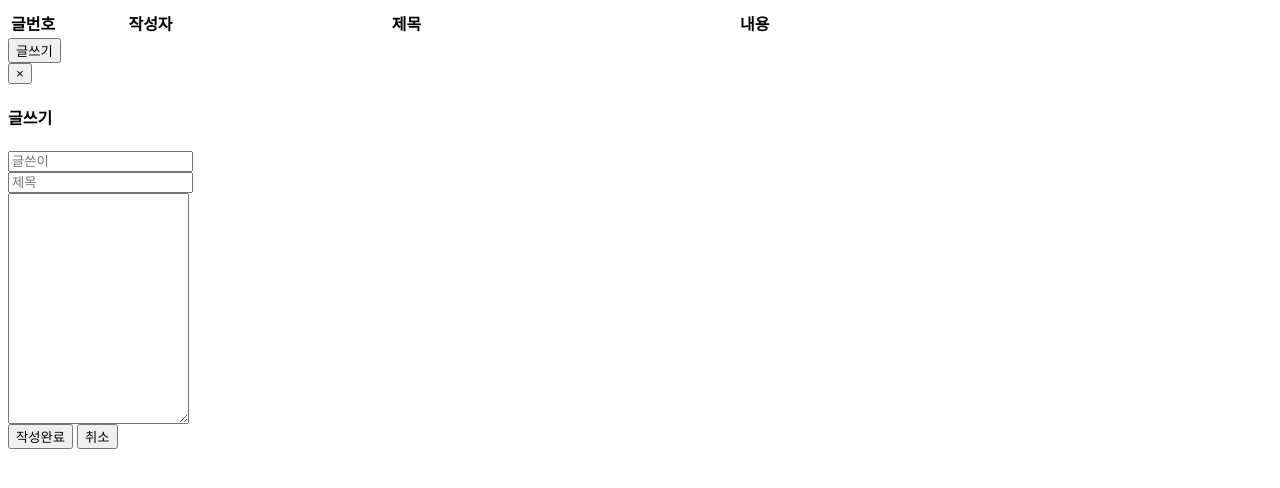
Repository: jjjikolpp/Developer
Page: http://localhost/myProject/include_normal_board.jsp
These files come from the project's save history. The page is drawn as it stood at one moment and after a run of saves; the edit follows.
The browser window is 1280 px wide. The pictures show the whole page.
The page is served by Tomcat 9. Nobody is signed in. The application's start-up code is not run. Other server files are loaded and not shown.

Above is the page before, as saved 2017-04-13 08:43:47.
Console error: ReferenceError: $ is not defined

### myProject/src/main/webapp/include_normal_board.jsp
<%@ page language="java" contentType="text/html; charset=UTF-8"
	pageEncoding="UTF-8"%>
<!DOCTYPE html PUBLIC "-//W3C//DTD HTML 4.01 Transitional//EN" "http://www.w3.org/TR/html4/loose.dtd">
<html>
<head>
<meta http-equiv="Content-Type" content="text/html; charset=UTF-8">
<title>Insert title here</title>
</head>
<script type="text/javascript">
	var title;
	var writer;
	var context;
	var nno;
	var pageNo = 1;
	var pageNum = 0;
	var state;
	//$(document).ready(normalViewAll());
	$(document).ready(count(1));

	function count(pageNo){

		console.log(pageNo);
		$.ajax({

			type : "get",
			url : "normal_count",
			dataType : "json",
			data : {pageNo : pageNo},
			success : function(data) {
				pageNum = data.count;
				console.log("count : " + data.count);
			},
			error : function(error) {
				console.log("normal_count err");
			}
		});
		setTimeout( () => {
		normalViewAll(pageNo);

		}, 10);
	}

	function normalViewAll(pageNo) {
		$("#jsonId").empty();


		$.ajax({

			type : "get",
			url : "normal",
			dataType : "json",
			data : {pageNo : pageNo},
			success : function(jsonData) {
				//console.log("data loding success");
				var str = "";
				var list = jsonData.datas;
				//console.log(list.length);
				//$("#jsonId").empty();
				$(list).each(
						function(index, objArr) {
							var splitid = this.n_context.substring(0,3);
							//console.log(splitid);

							str += '<tr>';
							str += '<td>' + this.n_no + '</td>';
							str += '<td>' + this.n_writer + '</td>';
							str += '<td>' + this.n_title + '</td>';
							str += '<td>' + '<a href="#" onclick="selectShow('
									+ this.n_no + ')">' + splitid
									+ '<a>' + '</td>';
							str += '</tr>';
						});
				$("#jsonId").append(str) // 게시물
				// paging
				str = "";
				for (var a = 1; a <= pageNum; a++) {
					if (a  == pageNo) {

						str += a + "&nbsp";
					}else{
						str += '<a href="#" onclick="count('+ a + ')">' + a + '</a>' + '&nbsp';
					}
				}

				// 중
				$("#jsonId").append(str);

			},
			error : function() {
				console.log("normal_board_error");
			}

		});
	}

	function insertOk() { //작업중  //
		writer = $("#insertWriter").val();
		title = $("#insertTitle").val();
		context = $("#insertText").val();
		var formData = [ writer, title, context ];

		//
		console.log('insert 동작중');

		$.ajax({
			url : 'insertOk',
			dataType : 'json',
			type : 'POST',
			data : {
				writer : writer,
				title : title,
				context : context
			},
			success : function(stateData) {
				console.log(stateData);
				$("#jsonId").empty();
				normalViewAll("1");
			},
			error : function(error) {
				console.log(error);
			},
		});
		console.log('insert 동작 완료');

	}

	function selectShow(n_no) {
		$
				.ajax({
					url : 'selectNormal',
					dataType : 'json',
					type : 'GET',
					data : {
						n_no : n_no
					},
					success : function(jsonData) {
						nno = n_no;

						title = jsonData.n_title;
						writer = jsonData.n_writer;
						context = jsonData.n_context;
						var y = [ n_no, title, writer, context ];

						var str = "";
						str += '<button type="button" class="close" data-dismiss="modal">&times;</button>';

						str += '<div class="col-sm-9">';
						str += '<h4 class="modal-title">' + n_no + '번글</h4>'; // 1번호 작업
						str += '</div>';
						str += '<div class="col-sm-9" id="insertWriter">';
						str += '글쓴이 : ' + jsonData.n_writer;
						str += '</div></div>';

						str += '<div class="col-sm-9" id="insertTitle">';
						str += '제목 : ' + jsonData.n_title;
						str += '</div>';

						$("#modalTitle").html(str);

						str = "";
						str += '<div id="updateContext">'+jsonData.n_context+'</div>';

						$("#modalBody").html(str);

						str = "";

						str += '<button type="button" onclick="updateGo('
								+ n_no + ')"';
						str += 'class="btn btn-default">수정하러 가기</button>';
						str += '<button type="button" onclick="deleteGo('
								+ n_no + ')"';
						str += 'class="btn btn-default" data-dismiss="modal">글삭제</button>';

						str += '<button type="button" class="btn btn-default" data-dismiss="modal">취소</button>';

						$("#modalFooter").html(str);

						//modal을 띄워준다.

						$("#myModal").modal('show');

					},
					error : function(error) {
						console.log(error);
					},
				});

	}

	function updateGo(n_no) {
		state = 2;
		str = "";

		str += '<button type="button" class="close" data-dismiss="modal">&times;</button>';
		str += '<h4 class="modal-title">' + n_no + '번글 수정하기</h4>';
		str += '<div class="col-sm-3">';
		str += '<input class="form-control" id="insertWriter" name="name" type="text" placeholder="'+writer+'" value="'+writer+'" >';
		str += '</div>';
		str += '<div class="col-sm-9"><input type="text" class="form-control" id="insertTitle" placeholder="'+title+'" value="'+title+'"></div>';

		$("#modalTitle").html(str);

		str = "";

		str += '<textarea class="form-control" rows="15" id="insertText">'
				+ context + '</textarea>';

		$("#modalBody").html(str);

		str = '<button type="button" onclick="insertCheck('+state+');" class="btn btn-default" data-dismiss="modal">수정하기</button> <button type="button" class="btn btn-default" data-dismiss="modal">취소</button>';

		$("#modalFooter").html(str);
	}

	function updateOk() {
		title = $("#insertTitle").val();
		writer = $("#insertWriter").val();
		context = $("#insertText").val();
		console.log("title : " + title + ", writer : " + writer + ", context : " + context)

		$.ajax({
			url : 'updateOk',
			dataType : 'json',
			type : 'POST',
			data : {
				n_no : nno,
				title : title,
				writer : writer,
				context : context
			},
			success : function(data) {
				if (data.state == "UpdateCheckOk") {
					console.log("update 완료");
					$("#jsonId").empty();
					normalViewAll(1);
				} else if (data.state == "UpdateCheckNo") {
					console.log("update 실패")
				} else {
					console.log("updateOk() err")
				}
			},
			error : function(error) {

			}
		});

	};

	function deleteGo(n_no) {
		$.ajax({
			url : "deleteGo",
			method : "get",
			data : {
				n_no : n_no
			},
			dataType : "json",
			success : function(data) {
				if (data.state = "DeleteOk") {
					console.log("삭제 완료")
				} else if (data.state = "DeleteNo") {
					console.log("삭제 실패")
				} else {
					console.log("DeleteGo Controller err")
				}
			},
			error : function(error) {
				console.log("deleteGo err : " + error)
			}
		});
		$("#jsonId").empty();
		setTimeout("normalViewAll()", 30);

	}

	function getTextLength(str) { // 문자열 길이
        var len = 0;
        for (var i = 0; i < str.length; i++) {
            if (escape(str.charAt(i)).length == 6) {
                len++;
            }
            len++;
        }
        return len;
    }


	function insertCheck(state) { // 여기하는중
		//alert(getTextLength($("#insertWriter").val()));
		if ($.trim($("#insertWriter").val()) == "") {
			str = "";

			str += '<button type="button" class="close" data-dismiss="modal">&times;</button>';
			str += '<h4 class="modal-title">글쓰기</h4>';
			str += '<div class="col-sm-3 has-error">';
			str += '<input class="form-control" id="insertWriter" name="name" type="text" placeholder="글쓴이">';
			str += '<span class="glyphicon glyphicon-remove form-control-feedback"></span>';
			str += '</div>';
			str += '<div class="col-sm-9">';
			str += '<input type="text" class="form-control" id="insertTitle" placeholder="제목">';
			str += '</div>';

			$("#modalTitle").html(str);

			$('#myModal').modal({
				remote : 'modal.html'
			});

		} else if ($.trim($("#insertTitle").val()) == "") {
			var writer = $("#insertWriter").val();

			str = "";

			str += '<button type="button" class="close" data-dismiss="modal">&times;</button>';
			str += '<h4 class="modal-title">글쓰기</h4>';
			str += '<div class="col-sm-3">';
			str += '<input class="form-control" id="insertWriter" name="name" type="text" placeholder="글쓴이" value="'+writer+'">';
			str += '</div>';
			str += '<div class="col-sm-9 has-error">';
			str += '<input type="text" class="form-control" id="insertTitle" placeholder="제목">';
			str += '<span class="glyphicon glyphicon-remove form-control-feedback"></span>';
			str += '</div>';

			$("#modalTitle").html(str);

			//
			$('#myModal').modal({
				remote : 'modal.html'
			});

		} else if ($.trim($("#insertText").val()) == "") {

			str = "";
			str += '<div class="has-error">';
			str += '<span class="glyphicon glyphicon-remove form-control-feedback"></span>';
			str += '<textarea class="form-control " rows="15" id="insertText" placeholder="내용이 있어야 합니다"></textarea>';

			str += '</div>';
			$("#modalBody").html(str);
			$('#myModal').modal({
				remote : 'modal.html'
			});

		} else {
			if (state == 1) {
				insertOk();

			}else if (state == 2){
				updateOk();
			}else {
				alert("insert / update Check err")
				return;
			}
			$('#myModal').modal('hide');
		}
	}

	function writeView() {
		state = "1";
		var str = "";

		str += '<button type="button" class="close" data-dismiss="modal">&times;</button>';
		str += '<h4 class="modal-title">글쓰기</h4>';
		str += '<div class="col-sm-3">';
		str += '<input class="form-control" id="insertWriter" name="name" type="text" placeholder="글쓴이">';
		str += '</div>';
		str += '<div class="col-sm-9">';
		str += '<input type="text" class="form-control" id="insertTitle" placeholder="제목">';
		str += '</div>';

		$("#modalTitle").html(str);

		str = "";

		str += '<textarea class="form-control " rows="15" id="insertText"></textarea>';

		//
		$("#modalBody").html(str);

		str = "";

		str += '<button type="button" onclick="insertCheck('+state+')" class="btn btn-default" >작성완료</button>';
		str += '<button type="button" class="btn btn-default" data-dismiss="modal">취소</button>';

		str += '</div>';

		$("#modalFooter").html(str);
		$("#myModal").modal('show');

	}
</script>
<body>
	<div class="container bg-3">
		<table class="table">
			<thead>
				<tr>
					<th >글번호</th>
					<th width="20%">작성자</th>
					<th width="35%">제목</th>
					<th width="40%">내용</th>
				</tr>
			</thead>
			<tbody id="jsonId">


			</tbody>

		</table>

		<!-- Trigger the modal with a button -->
		<button type="button" class="btn btn-default" onclick="writeView()">글쓰기</button>

		<!-- Modal -->
		<div id="myModal" class="modal fade" role="dialog">
			<div class="modal-dialog">

				<!-- Modal content-->
				<div class="modal-content">
					<div class="modal-header" id="modalTitle">
						<button type="button" class="close" data-dismiss="modal">&times;</button>
						<h4 class="modal-title">글쓰기</h4>
						<div class="col-sm-3">
							<input class="form-control" id="insertWriter" name="name"
								type="text" placeholder="글쓴이">
						</div>
						<div class="col-sm-9">
							<input type="text" class="form-control" id="insertTitle"
								placeholder="제목">
						</div>
					</div>
					<div class="modal-body" id="modalBody">
						<textarea class="form-control" rows="15" id="insertText"></textarea>
					</div>
					<div class="modal-footer" id="modalFooter">
						<button type="button" onclick="insertOk();"
							class="btn btn-default" data-dismiss="modal">작성완료</button>
						<button type="button" class="btn btn-default" data-dismiss="modal">취소</button>
					</div>
				</div>

			</div>
		</div>




	</div>
	<script type="text/javascript">

	</script>


</body>
</html>

After the next 2 saves:
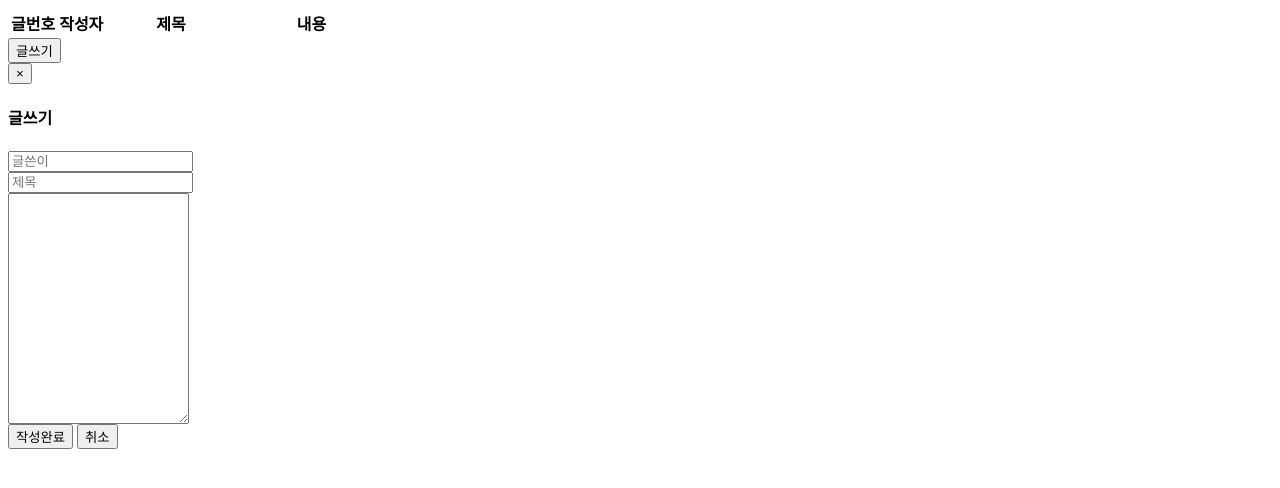
The 2 saves are shown as one change because they came seconds apart.
The last was saved 9 s later.
--- a/myProject/src/main/webapp/include_normal_board.jsp
+++ b/myProject/src/main/webapp/include_normal_board.jsp
@@ -393,8 +393,8 @@
 		<table class="table">
 			<thead>
 				<tr>
-					<th >글번호</th>
-					<th width="20%">작성자</th>
+					<th>글번호</th>
+					<th>작성자</th>
 					<th width="35%">제목</th>
 					<th width="40%">내용</th>
 				</tr>
